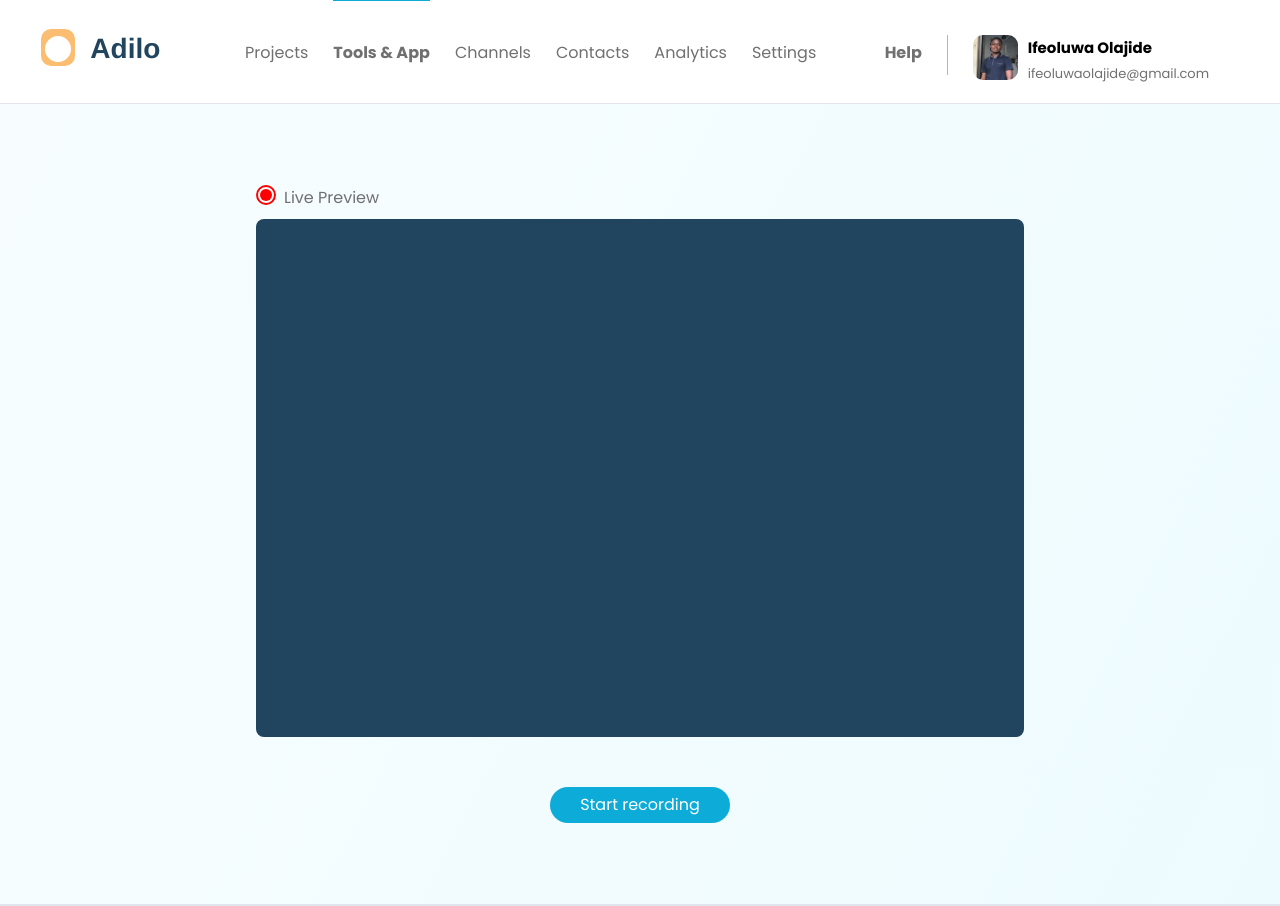
Repository: olhighjay/video_recorder
Page: /
The author's editor kept a copy of each file at every save. The page is drawn from the files as they stood at one save, then again after the next save.
The browser window is 1280 px wide. The pictures show the whole page.
Some web libraries are served in a nearby version. The project was rebuilt for these pictures with package versions that can differ from the ones it lists, and the page was loaded fresh each time. Also part of the build but not shown: vue.config.js, src/components/DataTable.vue, src/components/EmptyRecorded.vue.

Above is the page before, as saved 2022-07-29 12:32:58.

### public/index.html
<!DOCTYPE html>
<html lang="">
  <head>
    <meta charset="utf-8">
    <meta http-equiv="X-UA-Compatible" content="IE=edge">
    <meta name="viewport" content="width=device-width,initial-scale=1.0">
    <link rel="icon" href="<%= BASE_URL %>favicon.ico">
    <title><%= htmlWebpackPlugin.options.title %></title>
    <link rel="stylesheet" href="https://cdn.jsdelivr.net/npm/bootstrap@4.0.0/dist/css/bootstrap.min.css" integrity="sha384-Gn5384xqQ1aoWXA+058RXPxPg6fy4IWvTNh0E263XmFcJlSAwiGgFAW/dAiS6JXm" crossorigin="anonymous">
    <link rel="stylesheet" href="https://cdnjs.cloudflare.com/ajax/libs/font-awesome/6.1.2/css/all.min.css" integrity="sha512-1sCRPdkRXhBV2PBLUdRb4tMg1w2YPf37qatUFeS7zlBy7jJI8Lf4VHwWfZZfpXtYSLy85pkm9GaYVYMfw5BC1A==" crossorigin="anonymous" referrerpolicy="no-referrer" />
  </head>
  <body>
    <noscript>
      <strong>We're sorry but <%= htmlWebpackPlugin.options.title %> doesn't work properly without JavaScript enabled. Please enable it to continue.</strong>
    </noscript>
    <div id="app"></div>
    <!-- built files will be auto injected -->

    <script src="https://cdnjs.cloudflare.com/ajax/libs/font-awesome/6.1.2/js/all.min.js" integrity="sha512-8pHNiqTlsrRjVD4A/3va++W1sMbUHwWxxRPWNyVlql3T+Hgfd81Qc6FC5WMXDC+tSauxxzp1tgiAvSKFu1qIlA==" crossorigin="anonymous" referrerpolicy="no-referrer"></script>
    <script src="https://code.jquery.com/jquery-3.2.1.slim.min.js" integrity="sha384-KJ3o2DKtIkvYIK3UENzmM7KCkRr/rE9/Qpg6aAZGJwFDMVNA/GpGFF93hXpG5KkN" crossorigin="anonymous"></script>
    <script src="https://cdn.jsdelivr.net/npm/popper.js@1.12.9/dist/umd/popper.min.js" integrity="sha384-ApNbgh9B+Y1QKtv3Rn7W3mgPxhU9K/ScQsAP7hUibX39j7fakFPskvXusvfa0b4Q" crossorigin="anonymous"></script>
    <script src="https://cdn.jsdelivr.net/npm/bootstrap@4.0.0/dist/js/bootstrap.min.js" integrity="sha384-JZR6Spejh4U02d8jOt6vLEHfe/JQGiRRSQQxSfFWpi1MquVdAyjUar5+76PVCmYl" crossorigin="anonymous"></script>
  </body>
</html>

### src/App.vue
<template>
  <div>
    <navbar></navbar>
    <div id="main-flex">
      <div v-if="false" class="my-sidebar">
        <ul class="my-sidebar-items">
            <li class="sidebar-item-active"> <img src="./assets/video-player.png" alt=""> &nbsp; My Recordings</li>
            <li> <i class="fa fa-share-alt" style="color:#102346"></i> &nbsp; Requested</li>
        </ul>
      </div>
      <div v-if="false" class="my-main">
        <div class="my-main-container">
          <div><small class="breadcrumbs">Snapbyte <i class="fa fa-angle-right" style="font-weight:200"></i> My Recordings</small></div>
          <div class="subheading-tab">
            <div> <span class="my-recordings">My Recordings </span><span class="my-recordings-count">25</span> </div>
            <div>
              <button class="sub-heading-btn white-btn">
                <i class="fa fa-long-arrow-down" aria-hidden="true"></i>
                <i class="fa fa-long-arrow-up" aria-hidden="true"></i>
                By Date
              </button>
              <button class="sub-heading-btn white-btn">
                <i class="fa-solid fa-filter"></i>
                Add Filter
              </button>
              <button class="sub-heading-btn blue-btn">
                <i class="fa fa-video"></i>
                New Request
              </button>
              <button class="sub-heading-btn red-btn">
                <span class="rec">REC</span>
                Start Recording
              </button>
            </div>
          </div>

          <empty-recorded></empty-recorded>

          <data-table v-if="true"></data-table>
          <!-- Button trigger modal -->
<button type="button" class="btn btn-primary" data-toggle="modal" data-target="#recordOptions">
Launch demo modal
</button>

<!-- Modal -->
<div class="modal fade" id="recordOptions" tabindex="-1" role="dialog" aria-labelledby="recordOptions" aria-hidden="true">
<div class="modal-dialog modal-dialog-centered" role="document">
  <div class="modal-content">
    <div class="modal-header">
      <h5 class="my-modal-title">New Recording</h5>
      <button type="button" class="close" data-dismiss="modal" aria-label="Close">
        <span aria-hidden="true"><i class="fa fa-xmark"></i></span>
      </button>
    </div>
    <div class="modal-body">
      <p class="save-in">Save the recording in</p>
      <div>
        <select class="save-option">
          <Option value="" key="">Select a project</Option>
          <Option value="" key="">Project 1</Option>
          <Option value="" key="">Project 2</Option>
          <Option value="" key="">Project 3</Option>
          <Option value="" key="">Project 4</Option>
        </select>
      </div>
      <div style="margin-top: 35px;">
        <div class="record">
          <div class="record-name">Record screen</div>
          <div class="record-switch">
            <label class="switch">
              <input type="checkbox">
              <span class="slider round"></span>
            </label>
          </div>
        </div>
        <div class="record">
          <div class="record-name">Record camera</div>
          <div class="record-switch">
            <label class="switch">
              <input type="checkbox">
              <span class="slider round"></span>
            </label>
          </div>
        </div>
        <div class="record">
          <div class="record-name">Record mic</div>
          <div class="record-switch">
            <label class="switch">
              <input type="checkbox">
              <span class="slider round"></span>
            </label>
          </div>
        </div>
      </div>
    </div>
    <div class="text-center">
      <button type="button" class="start-recording-btn">Start Recording</button>
    </div>
  </div>
</div>
</div>
        </div>
      </div>
    </div>
    <div class="record-page">
      <div class="view-frame-wrapper">
        <div class="d-flex mb-2">
          <div class="live-icon-wrapper">
            <div class="live-icon" ></div>
          </div>
          <div class="ml-2">Live Preview</div>
        </div>
        <div class="view-frame">

        </div>
        <div class="text-center start-recording-wrapper">
          <button class="start-recording">Start recording</button>
        </div>
      </div>
    </div>
  </div>
</template>

<script>
// import HelloWorld from './components/HelloWorld.vue'
import Navbar from './layouts/Navbar.vue'
import DataTable from '@/components/DataTable'
import EmptyRecorded from '@/components/EmptyRecorded'

export default {
  name: 'App',
  components: {
    Navbar,
    DataTable,
    EmptyRecorded
  }
}
</script>


<style>
 @import url('https://fonts.googleapis.com/css2?family=Poppins:wght@400;500;700&display=swap');

#main-flex {
  display: flex;
  width: 100%;
}

.record-page {
  background: transparent linear-gradient(117deg, #0dacd85d 0%, #eafaff5d 0%, #d3f5fe65 100%) 0% 0% no-repeat padding-box;
  width: 100%;
  padding: 81px 20%;
}
.view-frame-wrapper {
  margin: 0 auto;
  max-width: 965px;
}
.view-frame {
  height: 518px;
  background: #21455E 0% 0% no-repeat padding-box;
  border-radius: 8px;
}
.live-icon-wrapper {
  border: 2px solid red;
  border-radius: 50%;
  height:20px;
  width:20px;
}
.live-icon {
  background-color:red;
  border-radius: 50%;
  height:12px;
  width:12px;
  margin: 10% auto;
}
.start-recording-wrapper {
  margin-top: 50px;
}
.start-recording {
  padding: 5px 30px;
  background: #0DABD8 0% 0% no-repeat padding-box;
  border-radius: 32px;
  border: none;
  color: #fff;
}



.my-sidebar {
  flex: 0 0 240px;
  /* width: 20%; */
  /* height: 100%; */
  background-color: #ebf2f656;
  border-right: 2px solid #21455e54;
  /* border-right: 2px solid #21455E; */
  /* width:250px; */
}
.my-sidebar-items {
  list-style: none;
  padding: 20px 0;
}
.my-sidebar-items>li {
  margin : 10px 12px 10px 18px;
  padding: 7px 20px ;
}
.sidebar-item-active {
  background-color: #E2E5ED;
  border: 2px solid #0DABD838;
  border-radius: 10px;
}





.my-main {
  flex: 1;
  flex-wrap: wrap;
}
.my-main-container {
  padding: 1.5% 8.5%;
}
.subheading-tab {
  display: flex;
  justify-content: space-between;
}
.sub-heading-btn {
  padding: 3px 15px;
  border-radius: 20px;
  margin-left: 15px;
  font-size: 14px;
}
.white-btn {
  border: 1px solid #E2E5ED;
  background-color: white;
  color: #637C8E;
}
.blue-btn {
  border: none;
  background-color: #0DABD8;
  color: #fff;
}
.red-btn {
  border: none;
  background-color: #EF5350;
  color: #fff;
}
.my-recordings, .my-recordings-count {
  font-size: 24px;
  color: #000
}
.my-recordings {
  color: #000
}
.my-recordings-count {
  color: #637C8E;
  font-weight: 600;
}
.breadcrumbs {
  color:#637C8E;
}
.rec {
  color:#000;
  background-color:#fff;
  border-radius:50%;
  padding:3px 1px;
  font-size:10px;
}



.save-option {
  width:100%;
  background: #F8FAFB 0% 0% no-repeat padding-box;
  border: 1px solid #E2E5ED;
  border-radius: 8px;
  padding:8px 20px;
}
.modal-dialog {
  max-width: 400px !important;
}
.modal-content {
  padding-bottom: 30px !important;
}
.modal-body {
  padding:30px !important;
}
.my-modal-title {
  color:#000;
  font-size: 22px;
  padding-left: 14px;
}
.record {
  margin-top: 15px;
  display: flex;
  justify-content: space-between;
}
.record-name {
  color: #21455E;
  font-size: 18px;
}
.save-in {
  color:black;
  font-size:16px;
}
.start-recording-btn {
  background: #0DABD8 0% 0% no-repeat padding-box;
  border-radius: 28px;
  font-size:18px;
  padding:5px 55px;
  border: none;
  color:#fff;
}


.switch {
  position: relative;
  top: 10px;
  display: inline-block;
  width: 50px;
  height: 13px;
}

.switch input {
  opacity: 0;
  width: 0;
  height: 0;
}

.slider {
  position: absolute;
  cursor: pointer;
  top: -10px;
  left: 0;
  right: 0;
  bottom: 0;
  background-color: #ccc;
  -webkit-transition: .4s;
  transition: .4s;
}

.slider:before {
  position: absolute;
  content: "";
  height: 15px;
  width: 15px;
  left: 4px;
  bottom: 4px;
  background-color: white;
  -webkit-transition: .4s;
  transition: .4s;
}

input:checked + .slider {
  background-color: #1bd85a;
}

input:focus + .slider {
  box-shadow: 0 0 1px #1bd85a;
}

input:checked + .slider:before {
  -webkit-transform: translateX(26px);
  -ms-transform: translateX(26px);
  transform: translateX(26px);
}

/* Rounded sliders */
.slider.round {
  border-radius: 34px;
}

.slider.round:before {
  border-radius: 50%;
}


button:hover {
  cursor: pointer;
}
#app {
  font-family: Avenir, Helvetica, Arial, sans-serif;
  font: normal normal normal 14px/26px Poppins;
  -webkit-font-smoothing: antialiased;
  -moz-osx-font-smoothing: grayscale;
   /* text-align: center; */
   font-size: 16px;
  color: #707070;
  border-bottom: solid 2px #E2E5ED;
  overflow: hidden;
  /* margin-top: 60px;  */
}


</style>

### src/layouts/Navbar.vue
<template>
    <nav class="">
      <div class="nav-logo-area">
        <div class="nav-logo-area-inner">
          <div class="white-logo-wrap">
            <span class="white-logo-bkg">
            <img alt="Adilo logo" src="../assets/swarm.png">
            </span>
          </div>
          <div class="adilo">Adilo</div>
        </div>
      </div>
      <div class="nav-tab">
        <ul class="my-nav-list">
          <li><a>Projects</a></li>
          <li class="active-nav-item"> <a>Tools & App</a></li>
          <li><a>Channels</a></li>
          <li><a>Contacts</a></li>
          <li><a>Analytics</a></li>
          <li><a>Settings</a></li>
        </ul>
      </div>
      <div class="nav-profile">
        <ul class="my-nav-list">
          <li><a><b>Help</b></a></li>
        </ul>
        <div class="profile-info">
          <div class="profile-border"></div>
          <div >
            <img alt="Profile Image" src="../assets/profile.jpg" class="profile-img">
          </div>
          <div style="margin-left:10px">
            <span class="profile-name">Ifeoluwa Olajide </span>
            <p class="profile-email">ifeoluwaolajide@gmail.com</p>
          </div>
        </div>
      </div>
    </nav>
</template>
<script>
export default {
    name: 'NavbarComponent'
}
</script>
<style>
     nav {
    display: flex;
    /* height: 69px; */
    padding: 0 0.032%;
    border-bottom: solid 1px #E2E5ED;
  }

  .nav-logo-area {
    flex: 0 0 16%;
    padding-left: 3.2%;
    padding-top: 19px;
    padding-bottom: 27px;
  }
  .nav-logo-area-inner {
    display: flex;
  }
  .nav-tab {
    flex: 0 0 50%;
  }
  .nav-profile {
    flex: 0 0 34%;
    display: flex;
  }
  .my-nav-list {
    list-style: none;
    padding-top: 40px;
  }
  .my-nav-list>li {
    display: inline;
    margin-right: 25px;
    padding-top: 40px;
  }
  .my-nav-list>li>a {
    text-align: left;
    /* font: normal normal normal 18px/27px Poppins; */
    letter-spacing: 0px;
    color: #707070;
    opacity: 1
  }
  .white-logo-wrap {
    padding-top:16px;
  }
  .white-logo-bkg {
    background-color:#FBBD71;
    padding:7px 4px;
    border-radius:10px;
  }
  .adilo {
    font: normal normal bold 28px/32px Helvetica;
    font-size:28px;
    margin-left:15px;
    font-weight:bold;
    color:#21455E;
    padding-top:14px;
  }
  .profile-info {
    padding-top:35px;
    display:flex;
  }
  .active-nav-item {
    border-top: 6px solid #0DABD8;
    font-weight: 600;
  }
  .profile-border {
    border-left: 1px solid #A3BAC6;
    padding-left:25px;
    height:40px;
  }
  .profile-img {
    width:45px; height: 45px;
    border-radius:10px;
  }
  .profile-name {
    font-weight:bold;
    font-size:15px;
    color:black;
  }
  .profile-email {
    font-size:13px;
  }
</style>

Loaded but not shown: src/main.js (common file)

After the next save:
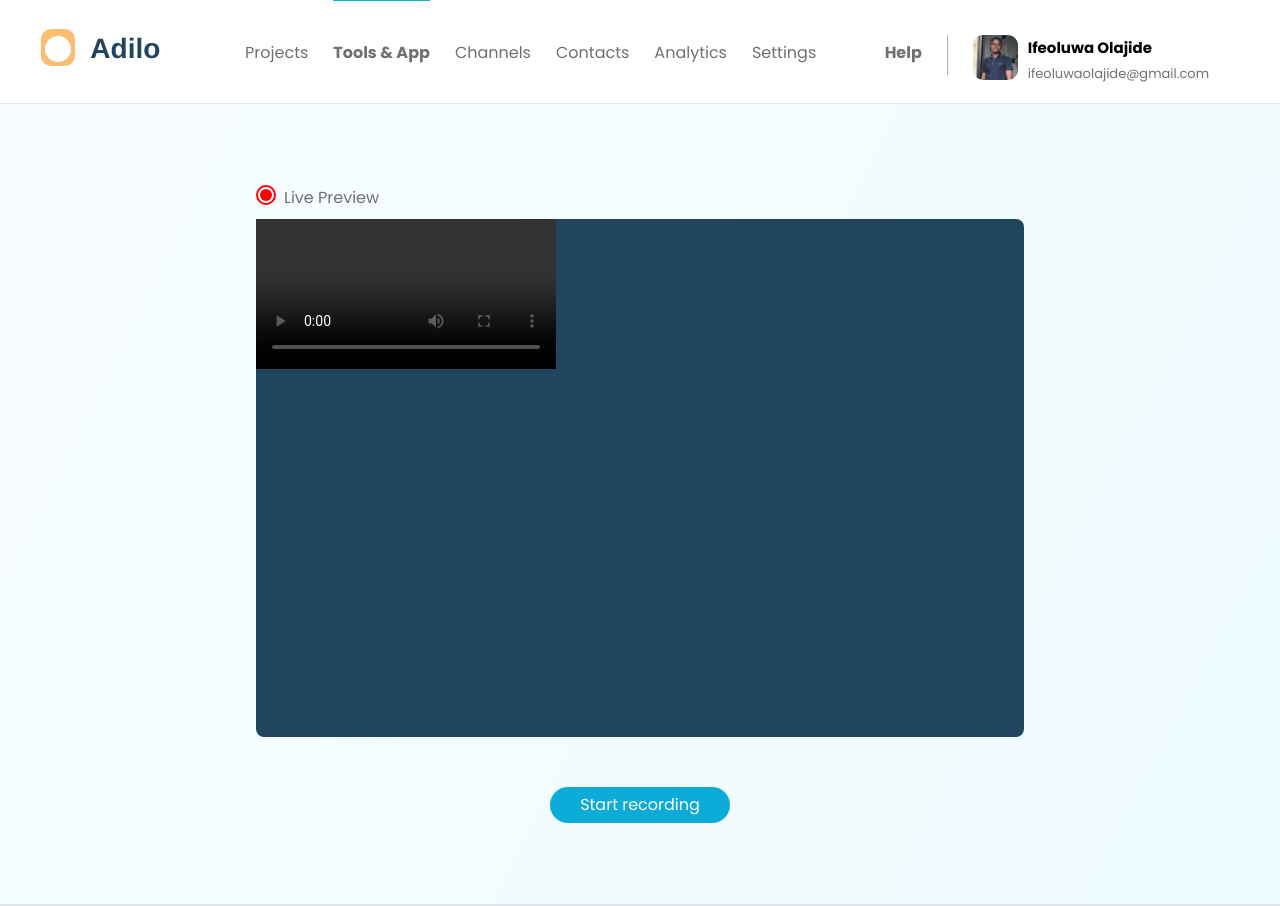
Saved 56 s later.
--- a/src/App.vue
+++ b/src/App.vue
@@ -111,7 +111,7 @@ Launch demo modal
           <div class="ml-2">Live Preview</div>
         </div>
         <div class="view-frame">
-
+          <video controls id="my-video-feedback" class=" bg-black w-full h-auto mb-4"></video>
         </div>
         <div class="text-center start-recording-wrapper">
           <button class="start-recording">Start recording</button>
